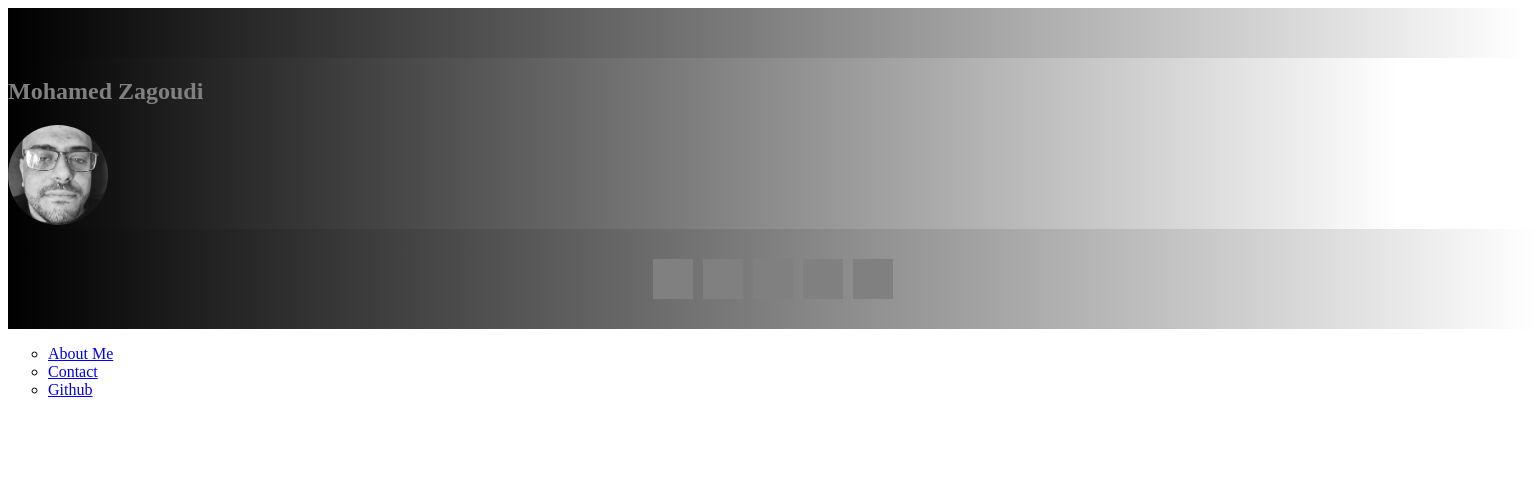
Repository: Mohzagou/Eersteportofolio
Page: index.html
An editor plug-in stored every save of this project. The page is shown before and after the next save, followed by the edit.
The browser window is 1280 px wide. The page is 1537 px wide, so the pictures cover 1537 px, including what lies to the right of the window. The pictures show the whole page.

Above is the page before, as saved 2022-06-07 22:44:48.

### index.html
<!DOCTYPE html>


<head>
    <link rel="stylesheet" href="styles.css" />
    <meta charset="UTF-8">

    <title>Document</title>
</head>

<body>

    <header></header>
    <div class="about-me">
        <h2 id="name">Mohamed Zagoudi</h2>
        <img class="avatar" src="images/67gwzvy.jpeg" alt="Mohamed Zagoudi headshot">


        <section>
            <div class="test"></div>
            <div class="test"></div>
            <div class="test"></div>
            <div class="test"></div>
            <div class="test"></div>
        </section>
        <footer>
            <ul style="list-style-type: circle ">
                <li><a href=" ">About Me</a></li>
                <li><a href=" ">Contact</a></li>
                <li><a href="https://github.com/Mohzagou ">Github</a></li>

            </ul>

        </footer>



</body>



</html>

### styles.css
body {
    display: flex;
    flex-direction: column;
}

header {
    width: 120%;
    height: 50px;
    background-image: linear-gradient(to right, black, grey, white);
    /*background-color: rgb(113, 74, 145);*/
}

section {
    width: 110%;
    height: 100px;
    background-image: linear-gradient(to right, black, grey, white);
    background-color: #234def;
    display: flex;
    align-items: center;
    justify-content: center;
}

.about-me {
    width: 110%;
    height: 200px;
    background-image: linear-gradient(to right, black, grey, white);
    /*background-color: rgb(177, 69, 21, 0.8);*/
    /*margin: 10px 0 10px 0;
    border: solid black 10px;
    border-radius: 15px;*/
}

.avatar {
    width: 100px;
    border-radius: 50px;
}

#name {
    color: grey;
}

.test {
    width: 40px;
    height: 40px;
    background-color: grey;
    margin: 5px;
}

After the next save:
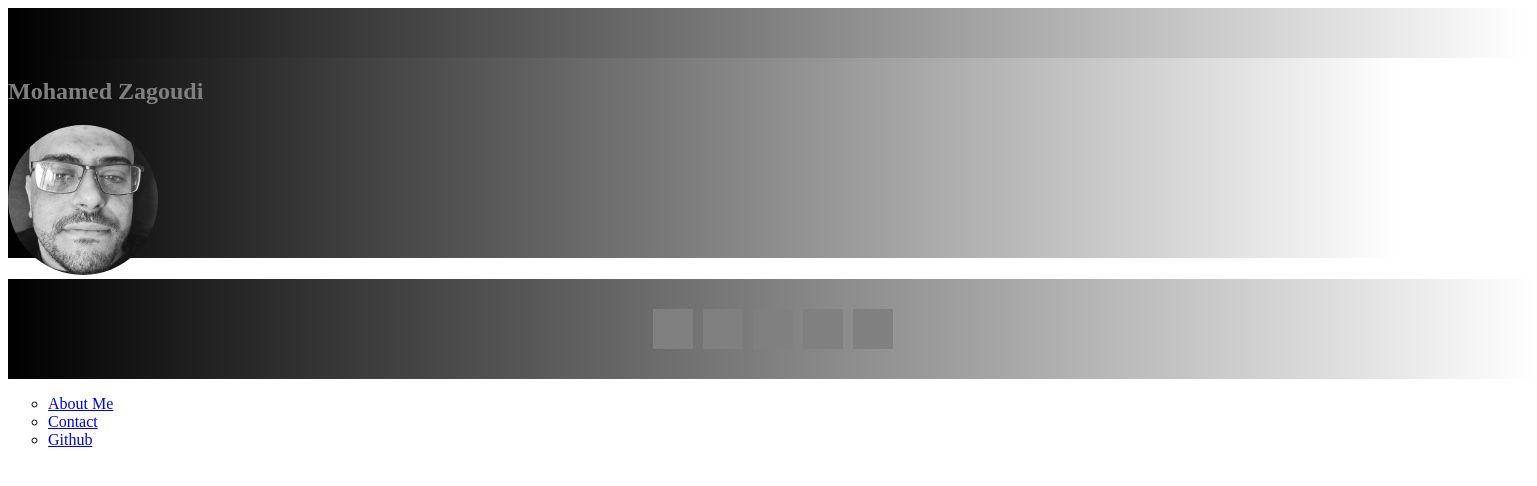
Saved 20 s later.
--- a/styles.css
+++ b/styles.css
@@ -31,8 +31,8 @@ section {
 }
 
 .avatar {
-    width: 100px;
-    border-radius: 50px;
+    width: 150px;
+    border-radius: 75px;
 }
 
 #name {
